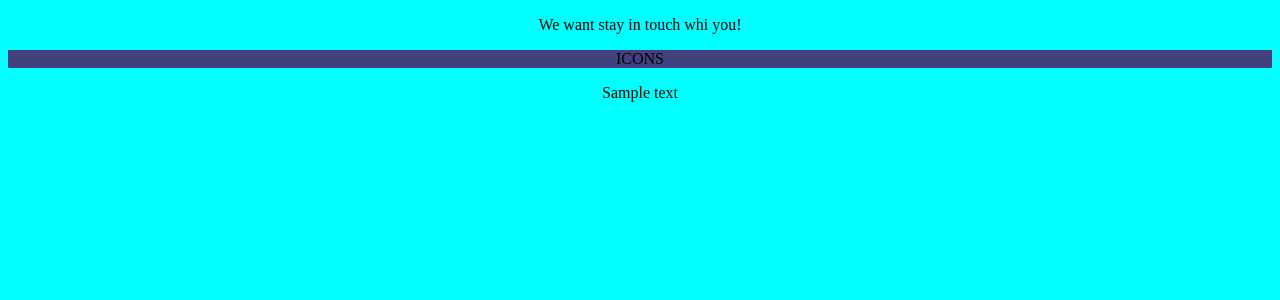
Repository: JhonMercedes/profile
Page: index.html
These files come from the project's save history. The page is drawn as it stood at one moment and after the next save; the edit follows.
The browser window is 1280 px wide. The pictures show the whole page.

Above is the page before, as saved 2021-12-08 01:58:17.

After the next save:
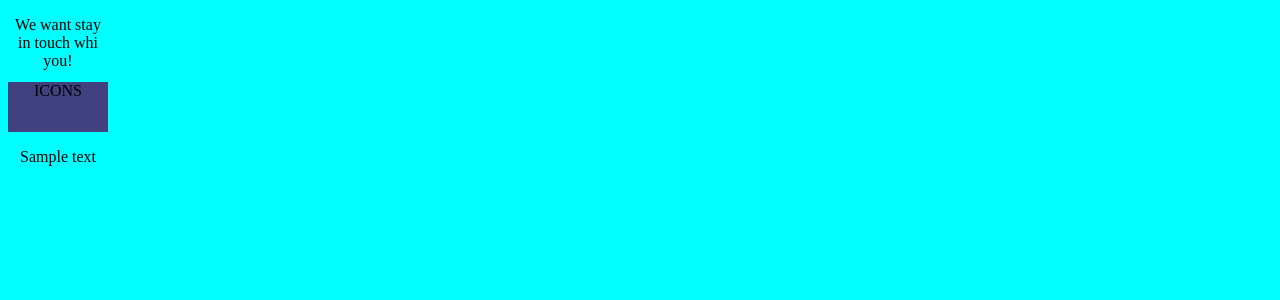
Saved 43 s later.
--- a/style.css
+++ b/style.css
@@ -3,7 +3,9 @@
 }
 
 .container, .container2, .container3 {
-    text-align: center
+    text-align: center;
+    width: 100px;
+    height: 50px;
 }
 
 .container2 {
